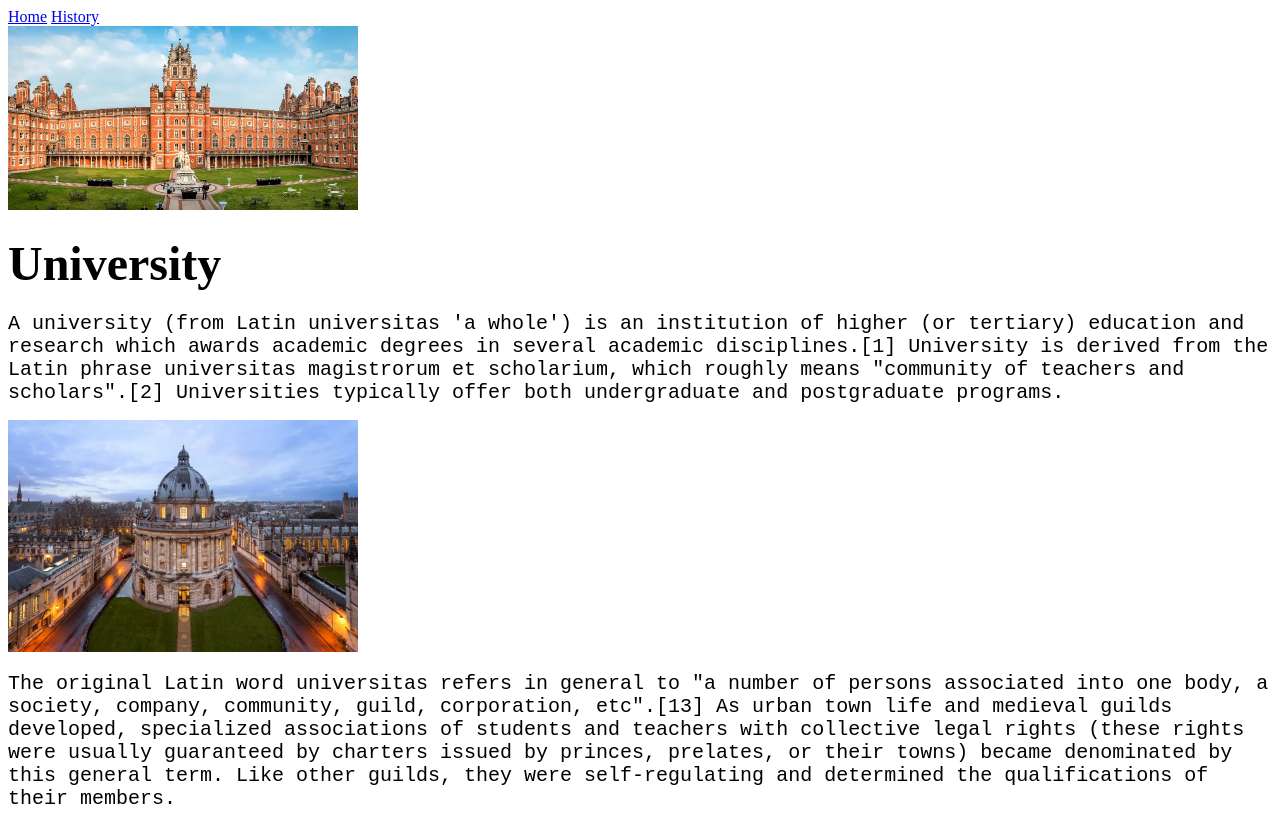
Repository: Haakim19/WebDevelopment
Page: Assignment/Index.html
The author's editor kept a copy of each file at every save. The page is drawn from the files as they stood at one save, then again after the next save.
The browser window is 1280 px wide. The pictures show the whole page.

Above is the page before, as saved 2024-10-10 15:15:56.

### Assignment/Index.html
<!DOCTYPE html>
<html lang="en">
<head>
    <meta charset="UTF-8">
    <meta name="viewport" content="width=device-width, initial-scale=1.0">
    <title>Home</title>
</head>
<body>
    <a href="Index.html">Home</a>
    <a href="history.html">History</a>
    <center></center>
    <img src="campus.webp" width="350px">
    <h1><font face="algerian" size="10px">University</font></h1>
    <p><font face="MonoSpace" size="5px">A university (from Latin universitas 'a whole') is an institution of
        higher (or tertiary) education and research which awards academic
        degrees in several academic disciplines.[1] University is derived from
        the Latin phrase universitas magistrorum et scholarium, which
        roughly means "community of teachers and scholars".[2] Universities
        typically offer both undergraduate and postgraduate programs.</font></p>

        <img src="most-beautiful-campuses-oxford-university.webp" width="350px">
        <p><font face="MonoSpace" size="5px">The original Latin word universitas refers in general to "a number of persons associated
            into one body, a society, company, community, guild, corporation, etc".[13] As urban
            town life and medieval guilds developed, specialized associations of students and
            teachers with collective legal rights (these rights were usually guaranteed by charters
            issued by princes, prelates, or their towns) became denominated by this general term.
            Like other guilds, they were self-regulating and determined the qualifications of their
            members.</font></p>
</body>
</html>

After the next save:
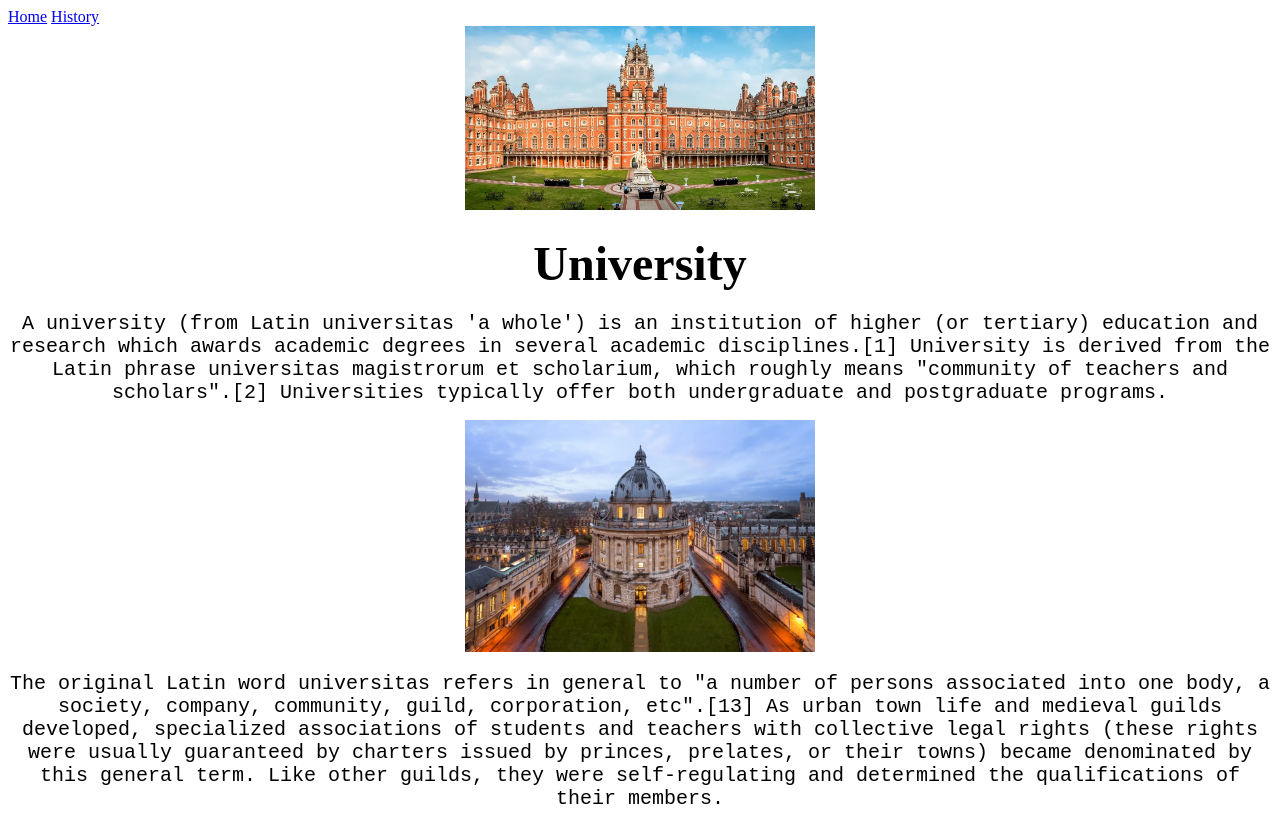
Saved 19 s later.
--- a/Assignment/Index.html
+++ b/Assignment/Index.html
@@ -8,23 +8,25 @@
 <body>
     <a href="Index.html">Home</a>
     <a href="history.html">History</a>
-    <center></center>
-    <img src="campus.webp" width="350px">
-    <h1><font face="algerian" size="10px">University</font></h1>
-    <p><font face="MonoSpace" size="5px">A university (from Latin universitas 'a whole') is an institution of
-        higher (or tertiary) education and research which awards academic
-        degrees in several academic disciplines.[1] University is derived from
-        the Latin phrase universitas magistrorum et scholarium, which
-        roughly means "community of teachers and scholars".[2] Universities
-        typically offer both undergraduate and postgraduate programs.</font></p>
+    <center>
+        <img src="campus.webp" width="350px">
+        <h1><font face="algerian" size="10px">University</font></h1>
+        <p><font face="MonoSpace" size="5px">A university (from Latin universitas 'a whole') is an institution of
+            higher (or tertiary) education and research which awards academic
+            degrees in several academic disciplines.[1] University is derived from
+            the Latin phrase universitas magistrorum et scholarium, which
+            roughly means "community of teachers and scholars".[2] Universities
+            typically offer both undergraduate and postgraduate programs.</font></p>
 
-        <img src="most-beautiful-campuses-oxford-university.webp" width="350px">
-        <p><font face="MonoSpace" size="5px">The original Latin word universitas refers in general to "a number of persons associated
-            into one body, a society, company, community, guild, corporation, etc".[13] As urban
-            town life and medieval guilds developed, specialized associations of students and
-            teachers with collective legal rights (these rights were usually guaranteed by charters
-            issued by princes, prelates, or their towns) became denominated by this general term.
-            Like other guilds, they were self-regulating and determined the qualifications of their
-            members.</font></p>
+            <img src="most-beautiful-campuses-oxford-university.webp" width="350px">
+            <p><font face="MonoSpace" size="5px">The original Latin word universitas refers in general to "a number of persons associated
+                into one body, a society, company, community, guild, corporation, etc".[13] As urban
+                town life and medieval guilds developed, specialized associations of students and
+                teachers with collective legal rights (these rights were usually guaranteed by charters
+                issued by princes, prelates, or their towns) became denominated by this general term.
+                Like other guilds, they were self-regulating and determined the qualifications of their
+                members.</font></p>
+
+    </center>
 </body>
 </html>
